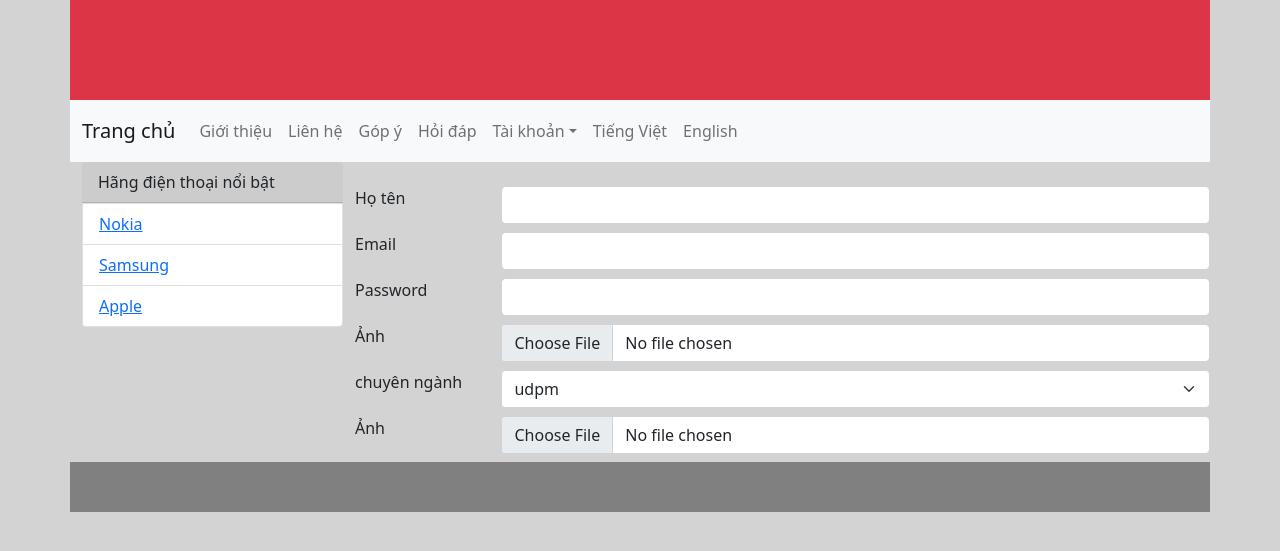
Repository: minhtu5502/fontendFamework
Page: day1 copy/index.html
The author's editor kept a copy of each file at every save. The page is drawn from the files as they stood at one save, then again after the next save.
The browser window is 1280 px wide. The pictures show the whole page.

Above is the page before, as saved 2022-01-08 16:05:27.

After the next save:
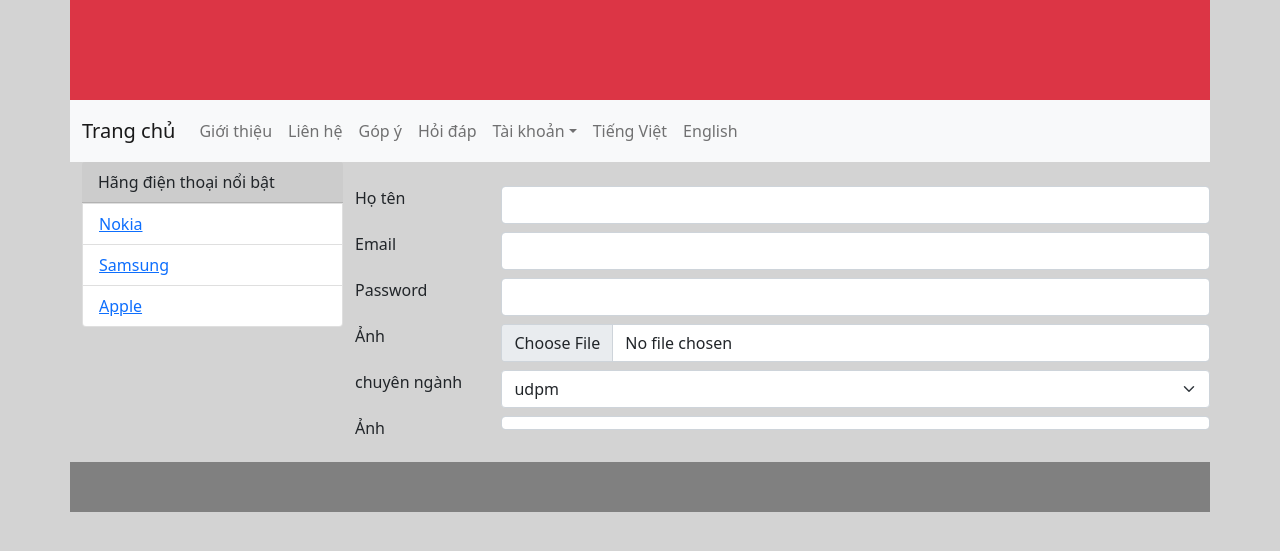
Saved 6 s later.
--- a/day1 copy/index.html
+++ b/day1 copy/index.html
@@ -122,7 +122,7 @@
                         </div>
                         <div class="mt-2 row">
                             <label for="" class="col-2">Ảnh</label>
-                            <div class="col-10"><input type="file" name="avatar" class="form-control" /></div>
+                            <div class="col-10"><input type="radio" name="avatar" class="form-control" /></div>
 
                         </div>
                     </form>
